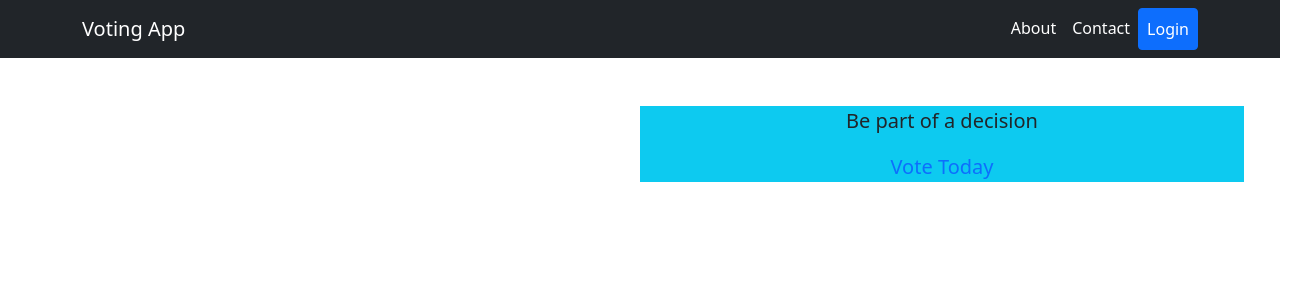
Repository: DavidManiIbrahim/Voting-app
Page: index.html
An editor plug-in stored every save of this project. The page is shown before and after a run of saves, followed by the edit.
The browser window is 1280 px wide. The page is 1292 px wide, so the pictures cover 1292 px, including what lies to the right of the window. The pictures show the whole page.

Above is the page before, as saved 2025-01-18 03:34:04.
Not found: styles.css.css

After the next 2 saves:
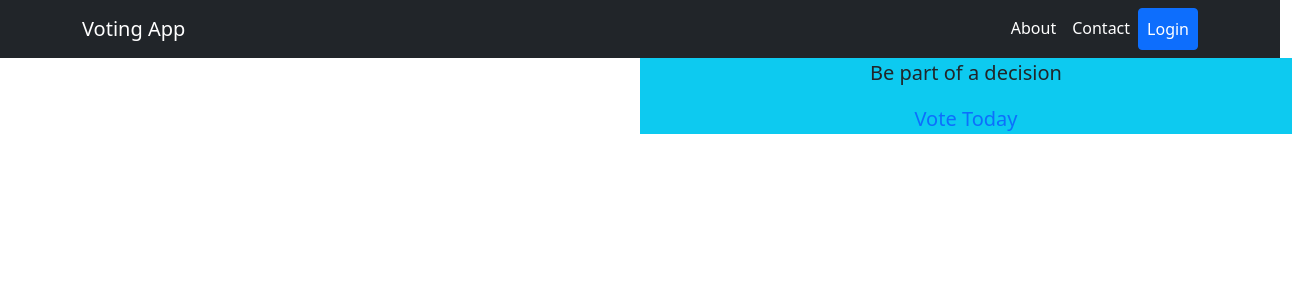
The 2 saves are shown as one change because they came seconds apart.
The last was saved 19 s later.
--- a/index.html
+++ b/index.html
@@ -31,9 +31,9 @@
 
 <!-- Hero Section -->
 
-<div class="row h-100 p-5">
+<div class="row h-100">
     <div class="col-md">
-        <img src="" alt="" class="img-fluid">
+        <img src="./" alt="" class="img-fluid">
     </div>
     <div class="col-md  bg-info" >
         <div class="container-fluid text-center lead">
